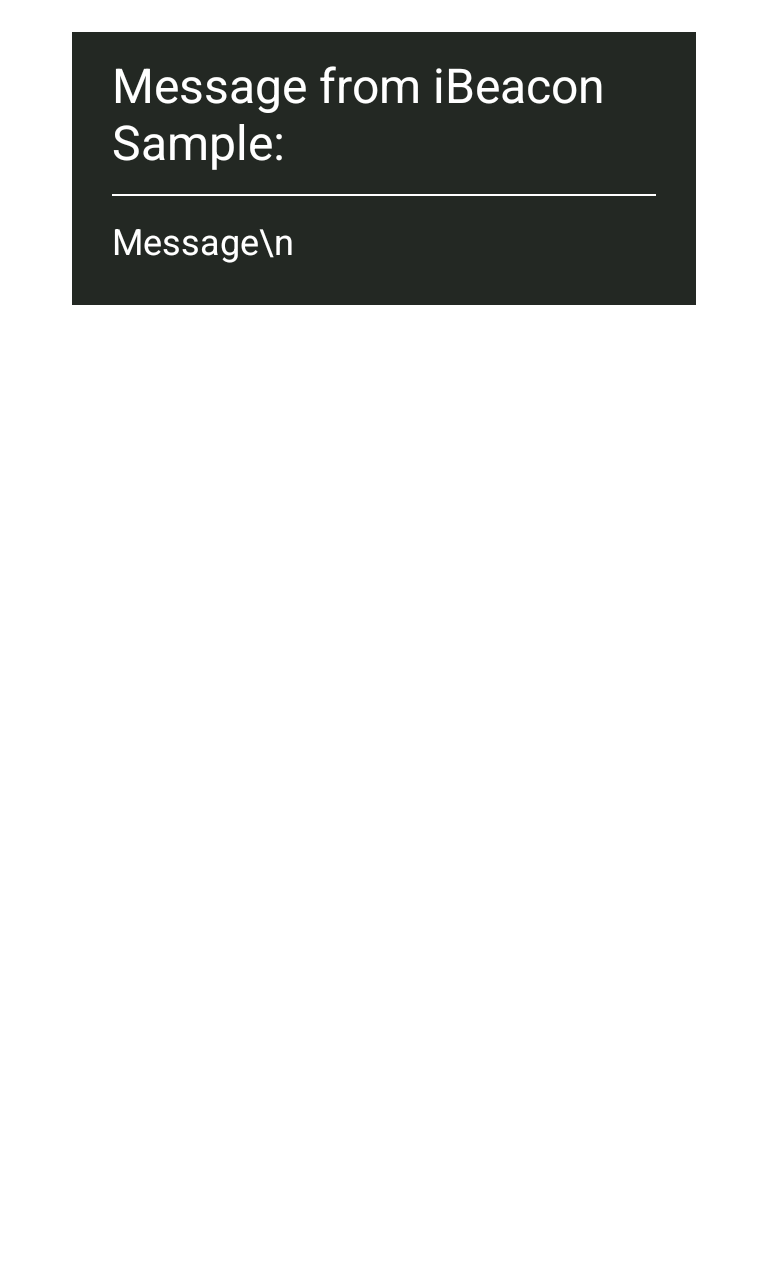
Repository: martawilgan/Android-iBeacon
Layout: iBeacon Sample/iBeaconSample/res/layout/activity_notification.xml
The author's editor kept a copy of each file at every save. The layout is drawn from the files as they stood at one save, then again after the next save.
It is drawn on a 768 x 1280 px phone screen (xhdpi) without system bars, with theme AppTheme; the app's code is not run.

Above is the layout before, as saved 2014-07-10 17:24:33.

After the next save:
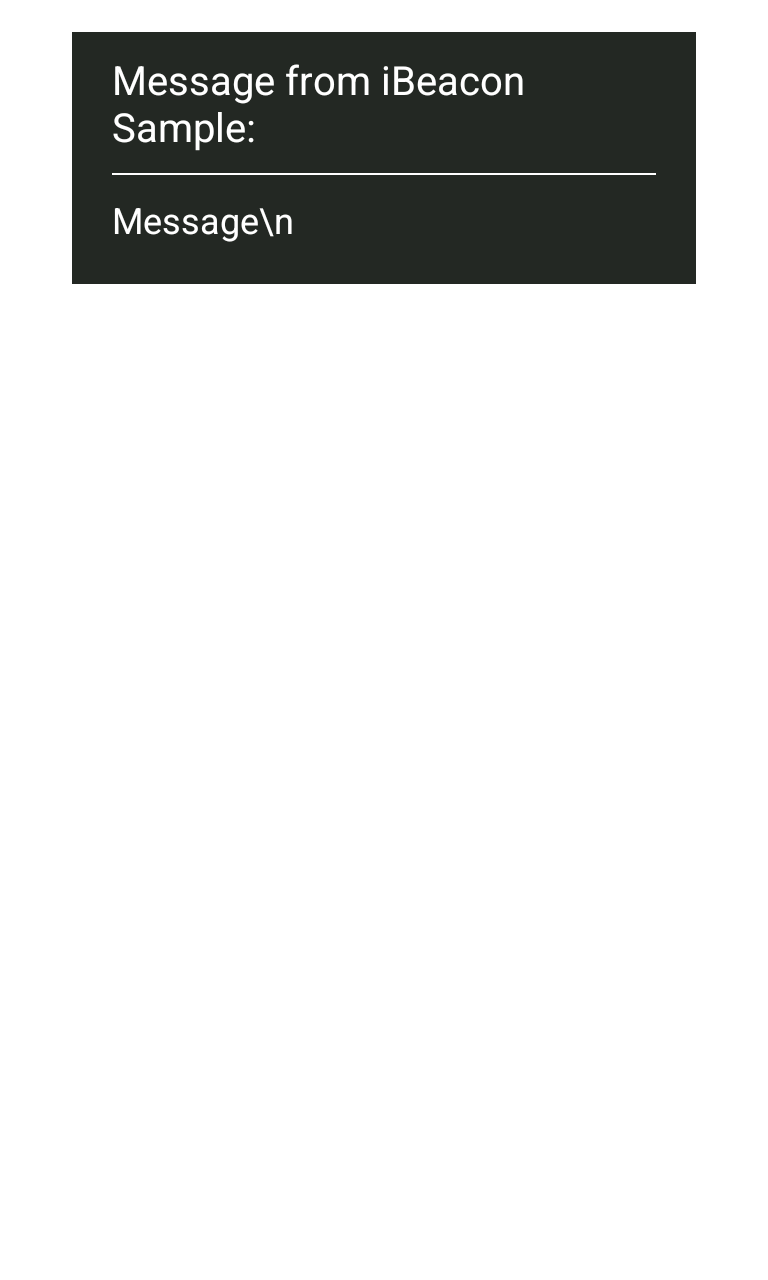
Saved 14 s later.
--- a/iBeacon Sample/iBeaconSample/res/layout/activity_notification.xml
+++ b/iBeacon Sample/iBeaconSample/res/layout/activity_notification.xml
@@ -28,7 +28,7 @@
 			android:layout_marginRight="20dp"
 			android:layout_marginBottom="10dp"
 			android:textColor="@color/White"
-			android:textSize="24sp"
+			android:textSize="20sp"
 	        android:text="Message from iBeacon Sample:" />
 
        	<View
